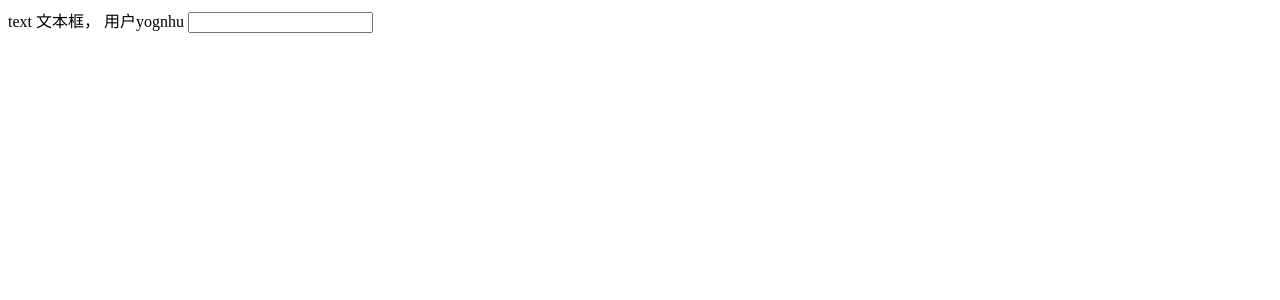
Repository: 129021/Front-end-learning
Page: 第2天/10-input表单元素.html
These files come from the project's save history. The page is drawn as it stood at one moment and after the next save; the edit follows.
The browser window is 1280 px wide. The pictures show the whole page.

Above is the page before, as saved 2021-10-15 20:56:40.

### 第2天/10-input表单元素.html
<!DOCTYPE html>
<html lang="en">

<head>
    <meta charset="UTF-8">
    <meta http-equiv="X-UA-Compatible" content="IE=edge">
    <meta name="viewport" content="width=device-width, initial-scale=1.0">
    <title>input 表单元素</title>
</head>

<body>
    <form>
        text 文本框， 用户yognhu
        <input type="text">
    </form>
</body>

</html>

After the next save:
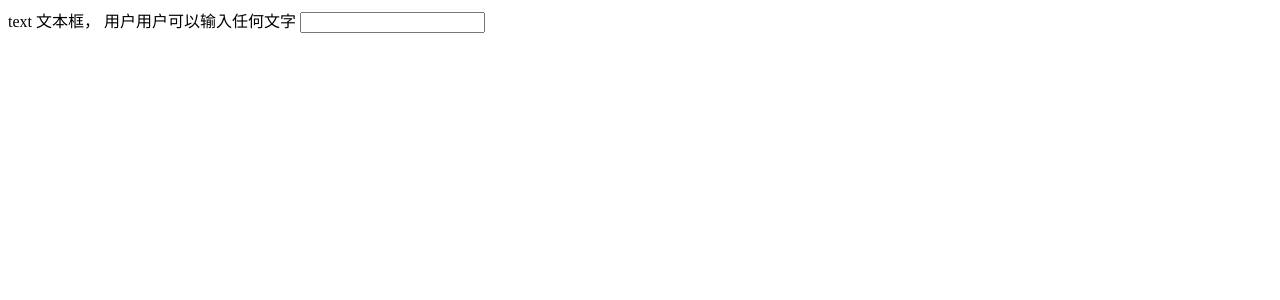
Saved 6 s later.
--- a/第2天/10-input表单元素.html
+++ b/第2天/10-input表单元素.html
@@ -10,7 +10,7 @@
 
 <body>
     <form>
-        text 文本框， 用户yognhu
+        text 文本框， 用户用户可以输入任何文字
         <input type="text">
     </form>
 </body>
